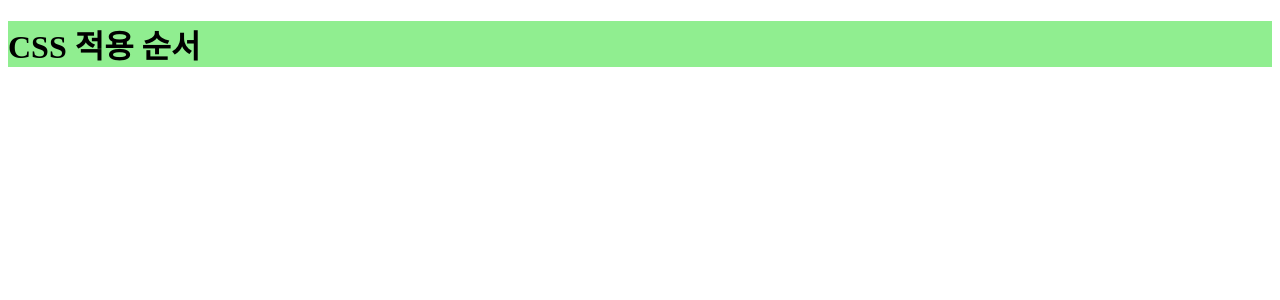
Repository: XenosJM/WEB_CODES
Page: Web02_CSS/src/main/webapp/02_css.html
An editor plug-in stored every save of this project. The page is shown before and after the next save, followed by the edit.
The browser window is 1280 px wide. The pictures show the whole page.

Above is the page before, as saved 2024-03-19 06:42:12.

### Web02_CSS/src/main/webapp/02_css.html
<!DOCTYPE html>
<html>
<head>
<meta charset="UTF-8">
<link rel="stylesheet" type="text/css"
	href="css/mystyle1.css">
<style>
h1{
	background: lightgrey;
}
</style>
<title>CSS</title>
</head>
<body>
	<!--
	* CSS의 적용 순서
	- <head> 안에 넣는 순서에 따라 적용 순서가 바뀜
	- 가장 마지막에 선언한 값이 적용됨
	 -->
	<h1 style="background: lightgreen;">CSS 적용 순서</h1>
</body>
</html>

### Web02_CSS/src/main/webapp/css/mystyle1.css
@charset "UTF-8";
.div2 {
	color : green;
	font-size : 300%;
}

After the next save:
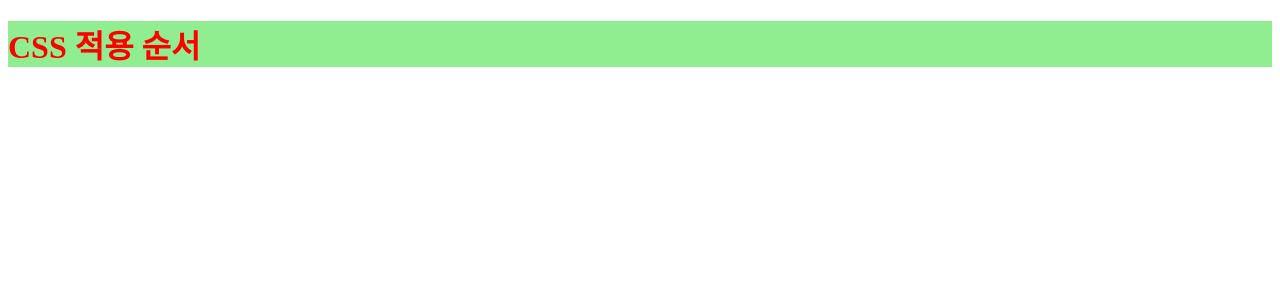
Saved 115 s later.
--- a/Web02_CSS/src/main/webapp/css/mystyle1.css
+++ b/Web02_CSS/src/main/webapp/css/mystyle1.css
@@ -3,3 +3,7 @@
 	color : green;
 	font-size : 300%;
 }
+h1 {
+	background: cyan;
+	color : red;
+}
